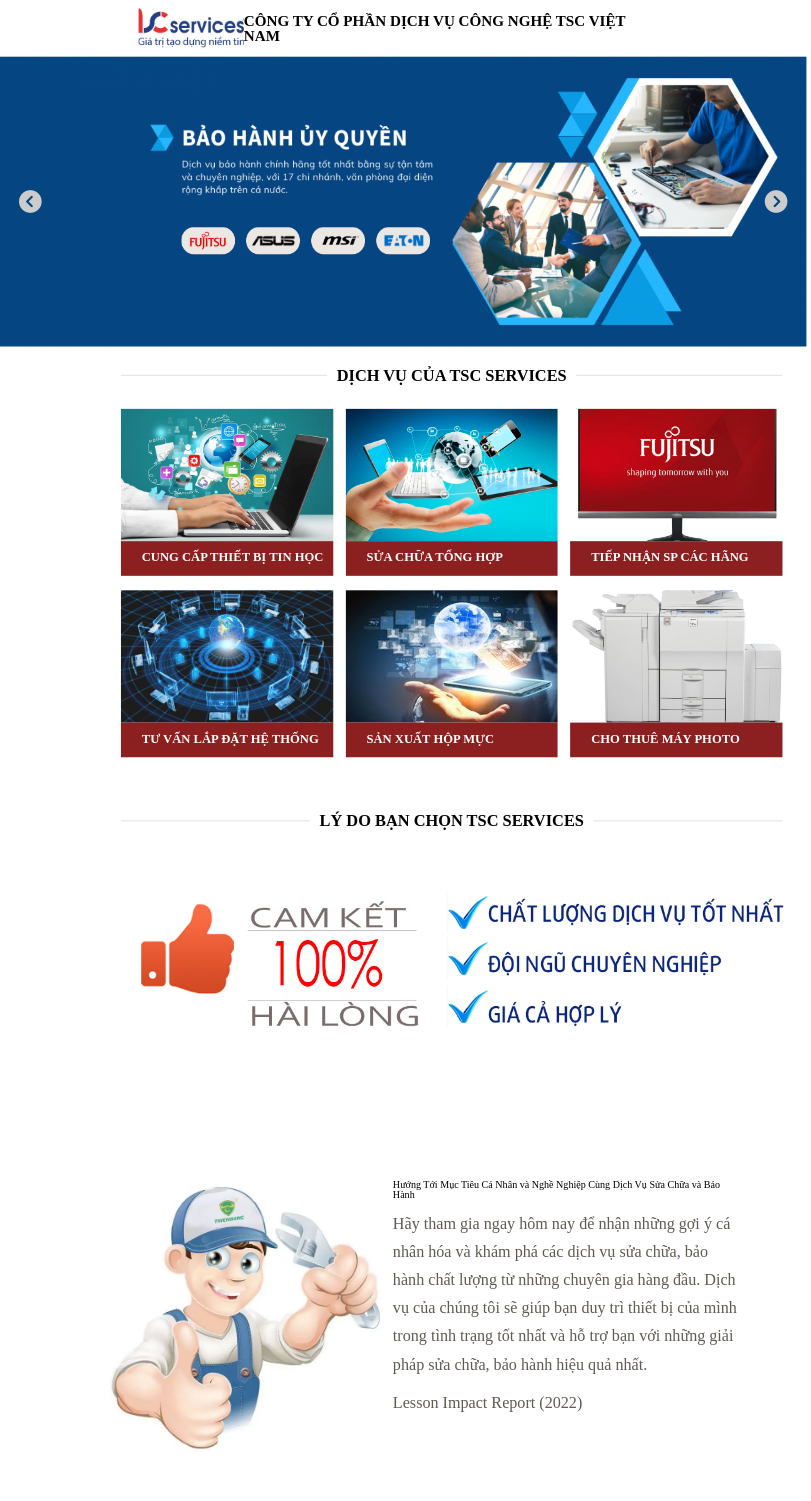
Repository: nguyentrongdai34/tsc-project
Page: index.html
An editor plug-in stored every save of this project. The page is shown before and after the next save, followed by the edit.
The browser window is 1280 px wide. The page is 1288 px wide, so the pictures cover 1288 px, including what lies to the right of the window. The pictures show the whole page, at 63% of full size.

Above is the page before, as saved 2024-12-03 13:55:02.

After the next save:
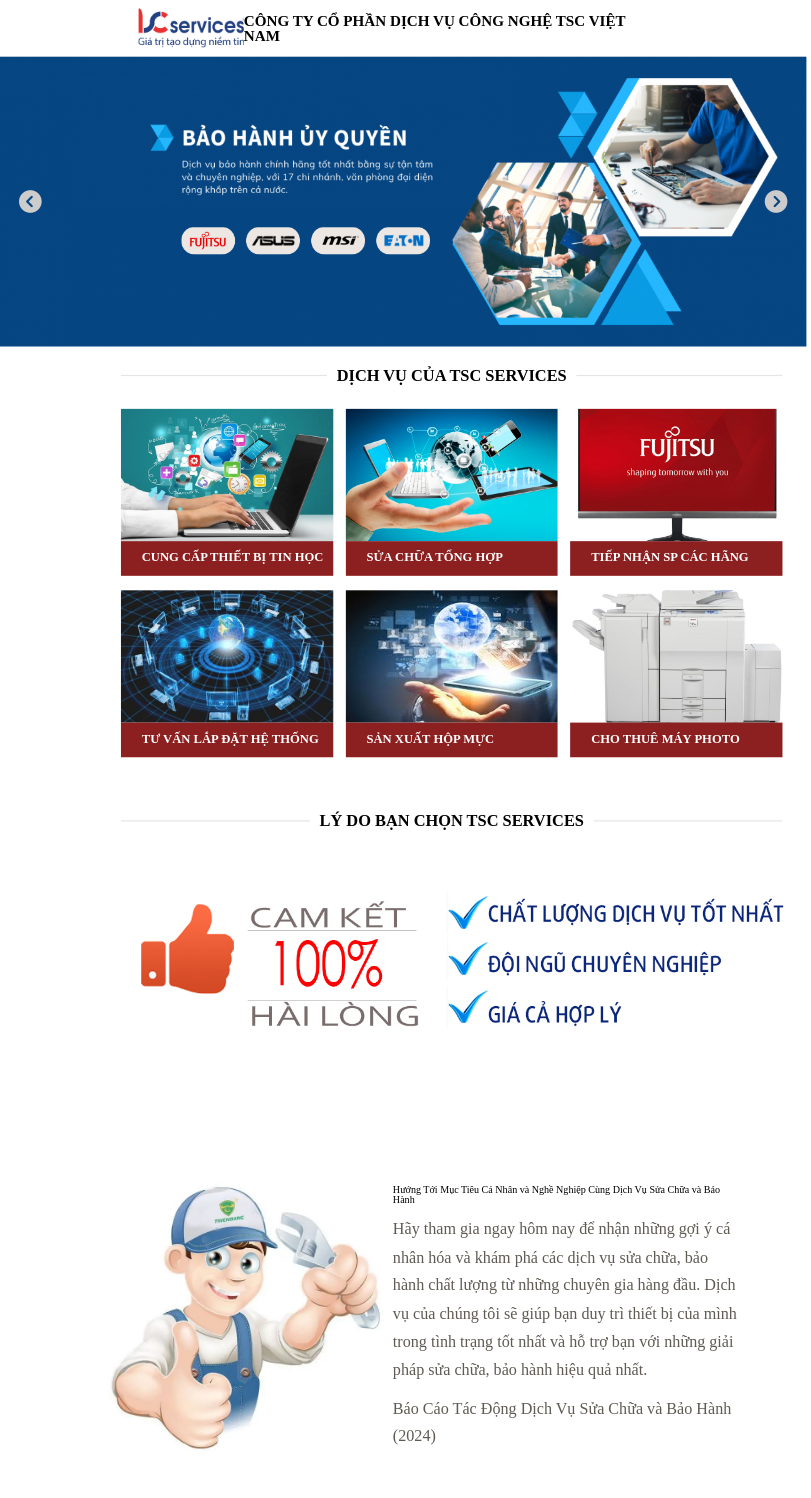
Saved 23 s later.
--- a/index.html
+++ b/index.html
@@ -140,8 +140,9 @@
               mình trong tình trạng tốt nhất và hỗ trợ bạn với những giải pháp
               sửa chữa, bảo hành hiệu quả nhất.
             </p>
-            <p class="desc">Lesson Impact Report (2022)</p>
-            <a href="#!#!" class="btn cta-btn">Sign Up</a>
+            <p class="desc">
+              Báo Cáo Tác Động Dịch Vụ Sửa Chữa và Bảo Hành (2024)
+            </p>
           </div>
         </div>
       </div>
